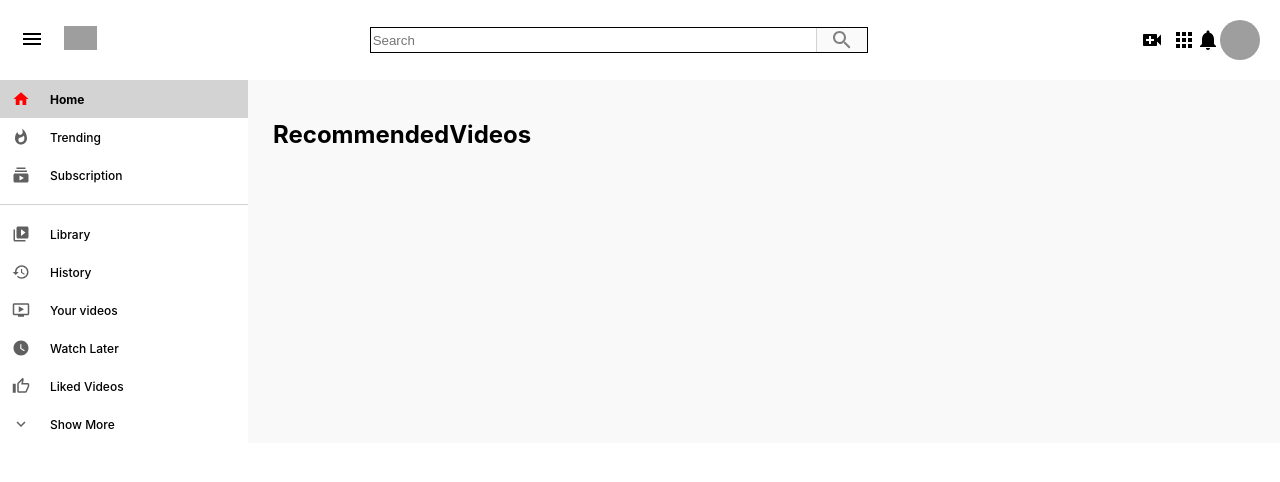
Repository: SubhashiniSundaresan/youtube-clone
Page: /search/
An editor plug-in stored every save of this project. The page is shown before and after the next save, followed by the edit.
The browser window is 1280 px wide. The pictures show the whole page.
Pictures or frames that could not be fetched are drawn as grey boxes. The project was rebuilt for these pictures with package versions that can differ from the ones it lists, and the page was loaded fresh each time.

Above is the page before, as saved 2020-12-24 12:25:48.

### src/App.js
import "./App.css";
import Header from "./Header";
import RecommendedVideos from "./RecommendedVideos";
import Sidebar from "./Sidebar";

function App() {
  return (
    <div className='app'>
      <Header />
      <div className='app__page'>
        <Sidebar />
        <RecommendedVideos />
      </div>
    </div>
  );
}

export default App;

### src/App.css
.app__page {
    display: flex;

}

### src/Header.js
import React from "react";
import MenuIcon from "@material-ui/icons/Menu";
import SearchIcon from "@material-ui/icons/Menu";
import { Apps, Notifications, Search, VideoCall } from "@material-ui/icons";
import { Avatar } from "@material-ui/core";
import "./Header.css";
function Header() {
  return (
    <div className='header'>
      <div className='header__left'>
        <MenuIcon />
        <img
          className='header__logo'
          src='https://upload.wikimedia.org/wikipedia/commons/thumb/a/af/Youtube.png/320px-Youtube.png'
          alt=''></img>
      </div>

      <div className='header__input'>
        <input placeholder='Search' type='text'></input>
        <Search className='header__inputButton' />
      </div>
      <div className='header__icons'>
        <VideoCall className='header__icon' />
        <Apps />
        <Notifications />
        <Avatar
          alt='subhashini'
          src='https://yt3.ggpht.com/yti/ANoDKi4bv7sfd1_sBv-rZAj3JLY49-VUpVyAS2WmagLTqA=s108-c-k-c0x00ffffff-no-rj'
        />
      </div>
    </div>
  );
}

export default Header;

### src/RecommendedVideos.js
import React from "react";
import "./RecommendedVideos.css";

function RecommendedVideos() {
  return (
    <div className='recommendedVideos'>
      <h2>RecommendedVideos</h2>
      <div className='recommendedVideos__videos'></div>
    </div>
  );
}

export default RecommendedVideos;

### src/Sidebar.js
import { Link } from "@material-ui/core";
import {
  ExpandMoreOutlined,
  History,
  Home,
  OndemandVideo,
  Subscriptions,
  ThumbUpAltOutlined,
  VideoLibrary,
  WatchLater,
  Whatshot,
} from "@material-ui/icons";
import React from "react";
import "./Sidebar.css";
import SidebarRow from "./SidebarRow";

function Sidebar() {
  var sidebarLinks = [{ icon: Home, title: "Home" }];
  const listItems = sidebarLinks.map((link) => (
    <SidebarRow selected Icon={link.icon} title={link.title} />
  ));
  return (
    <div className='sidebar'>
      {listItems}
      <SidebarRow Icon={Whatshot} title='Trending' />
      <SidebarRow Icon={Subscriptions} title='Subscription' />
      <hr />
      <SidebarRow Icon={VideoLibrary} title='Library' />
      <SidebarRow Icon={History} title='History' />
      <SidebarRow Icon={OndemandVideo} title='Your videos' />
      <SidebarRow Icon={WatchLater} title='Watch Later' />
      <SidebarRow Icon={ThumbUpAltOutlined} title='Liked Videos' />
      <SidebarRow Icon={ExpandMoreOutlined} title='Show More' />
    </div>
  );
}

export default Sidebar;

### src/Header.css
.header {
    display: flex;
align-items: center;
justify-content: space-between;
padding: 20px;
position: sticky;
top: 0;
z-index:100;
background-color: white;
}

.header__logo {
    height: 25px;
    object-fit: contain;
    margin-left: 20px;

}

.header__icons {
    display: flex;
align-items: center;


}

.header__input {
    display: flex;
align-items: center;
border: 1px solid black;
width: 40%;
}


.header__inputButton {
    width: 50px !important;
    background-color: #fafafa;
    border-left: 1px solid lightgray;
    color: gray;
}

.header__input > input {
    flex:1;
    border: none;
}

.header__icon {
    margin-right: 8px;
}

### src/RecommendedVideos.css
.recommendedVideos {
    flex: 0.8;
    background-color: #f9f9f9;
    padding: 40px 20px;
    padding-bottom: 0;
}

.recommendedVideos > h2 {
    margin-left: 5px;
    margin-bottom: 20px;
}

### src/Sidebar.css
.sidebar {
    flex: 0.2;
}

.sidebar > hr {
    height: 1px;
    border: 0;
    background-color: lightgray;
    margin-top: 10px;
    margin-top: 10px;
    margin-bottom: 10px;
}

### src/SidebarRow.js
import React from "react";
import "./SideBarRow.css";
function SidebarRow({ selected, Icon, title }) {
  return (
    <div className={`sidebarRow ${selected && "selected"}`}>
      <Icon className='sidebarRow__icon' />
      <h2 className='sidebarRow__title'>{title}</h2>
    </div>
  );
}

export default SidebarRow;

### src/SideBarRow.css
.sidebarRow {
    display: flex;
    align-items: center;
    padding: 10px 12px;
}

.sidebarRow__icon {
color: #606060;
font-size: large !important;

}

.sidebarRow__title {
    flex: 1;
    margin-left: 20px;
    font-size: 12px;
    font-weight: 500;
}

.sidebarRow:hover {
background-color: lightgray;
cursor: pointer;
}

.sidebarRow:hover > .sidebarRow__icon{
    color: red;
    }

    .sidebarRow:hover > .sidebarRow__title{
        font-weight: bold;

        }

        .sidebarRow.selected >.sidebarRow__icon {
            color: red;
        }

         .sidebarRow.selected >.sidebarRow__title {
             font-weight: bold;

         }

                  .sidebarRow.selected {
                      background-color: lightgray;

                  }

Loaded but not shown: public/index.html (common file); src/index.js (common file); src/index.css (common file); src/reportWebVitals.js (common file)

After the next save:
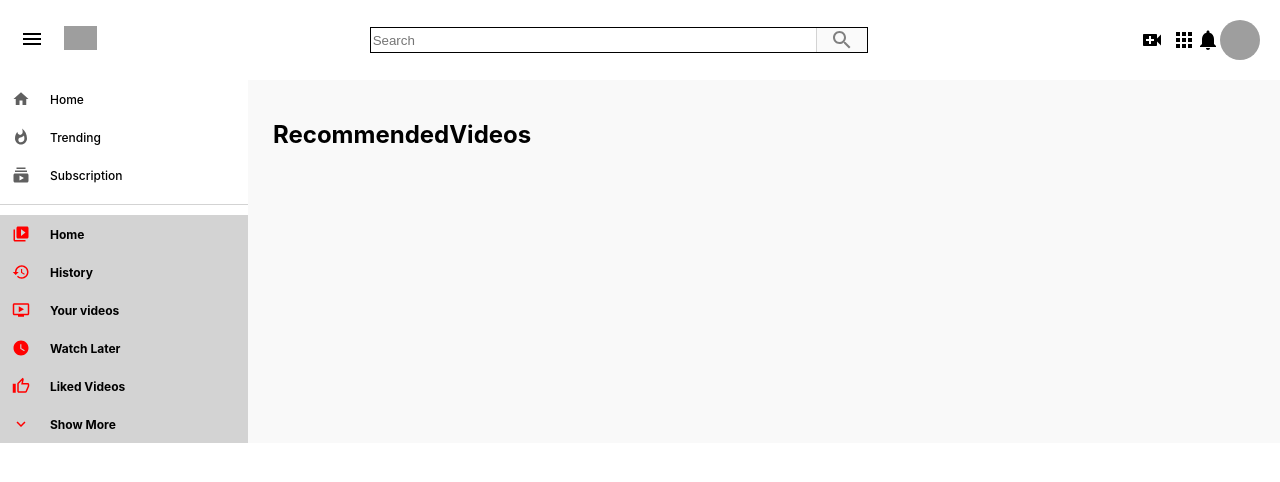
Saved 4 min 33 s later.
--- a/src/Sidebar.js
+++ b/src/Sidebar.js
@@ -15,22 +15,24 @@
 import SidebarRow from "./SidebarRow";
 
 function Sidebar() {
-  var sidebarLinks = [{ icon: Home, title: "Home" }];
+  var sidebarLinks = [
+    { icon: VideoLibrary, title: "Home" },
+    { icon: History, title: "History" },
+    { icon: OndemandVideo, title: "Your videos" },
+    { icon: WatchLater, title: "Watch Later" },
+    { icon: ThumbUpAltOutlined, title: "Liked Videos" },
+    { icon: ExpandMoreOutlined, title: "Show More" },
+  ];
   const listItems = sidebarLinks.map((link) => (
     <SidebarRow selected Icon={link.icon} title={link.title} />
   ));
   return (
     <div className='sidebar'>
-      {listItems}
+      <SidebarRow Icon={Home} title='Home' />
       <SidebarRow Icon={Whatshot} title='Trending' />
       <SidebarRow Icon={Subscriptions} title='Subscription' />
       <hr />
-      <SidebarRow Icon={VideoLibrary} title='Library' />
-      <SidebarRow Icon={History} title='History' />
-      <SidebarRow Icon={OndemandVideo} title='Your videos' />
-      <SidebarRow Icon={WatchLater} title='Watch Later' />
-      <SidebarRow Icon={ThumbUpAltOutlined} title='Liked Videos' />
-      <SidebarRow Icon={ExpandMoreOutlined} title='Show More' />
+      {listItems}
     </div>
   );
 }

After the save that followed:
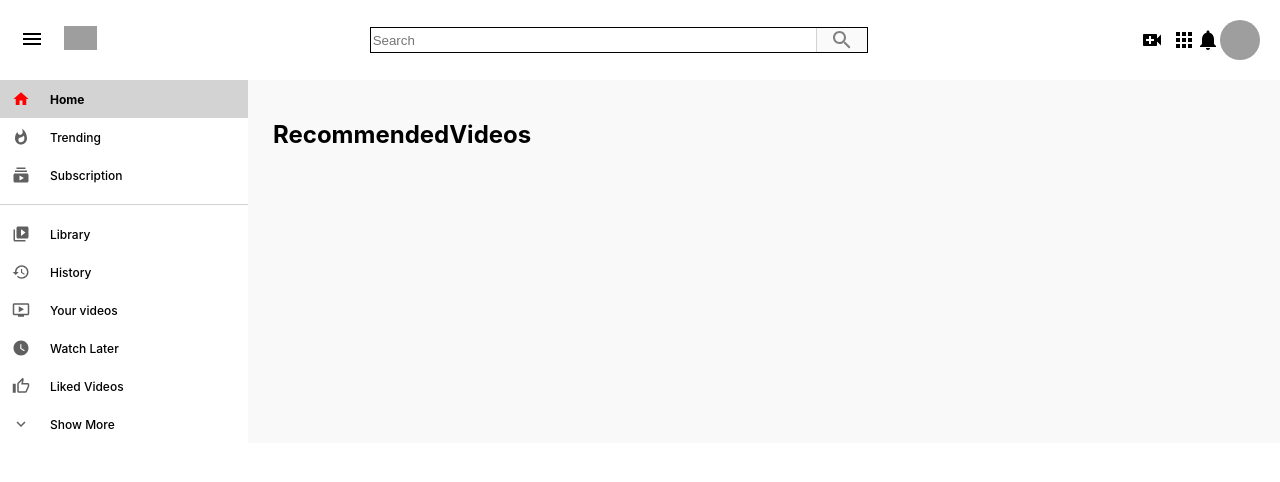
Saved 45 s later.
--- a/src/Sidebar.js
+++ b/src/Sidebar.js
@@ -16,7 +16,7 @@
 
 function Sidebar() {
   var sidebarLinks = [
-    { icon: VideoLibrary, title: "Home" },
+    { icon: VideoLibrary, title: "Library" },
     { icon: History, title: "History" },
     { icon: OndemandVideo, title: "Your videos" },
     { icon: WatchLater, title: "Watch Later" },
@@ -24,11 +24,11 @@
     { icon: ExpandMoreOutlined, title: "Show More" },
   ];
   const listItems = sidebarLinks.map((link) => (
-    <SidebarRow selected Icon={link.icon} title={link.title} />
+    <SidebarRow Icon={link.icon} title={link.title} />
   ));
   return (
     <div className='sidebar'>
-      <SidebarRow Icon={Home} title='Home' />
+      <SidebarRow selected Icon={Home} title='Home' />
       <SidebarRow Icon={Whatshot} title='Trending' />
       <SidebarRow Icon={Subscriptions} title='Subscription' />
       <hr />
